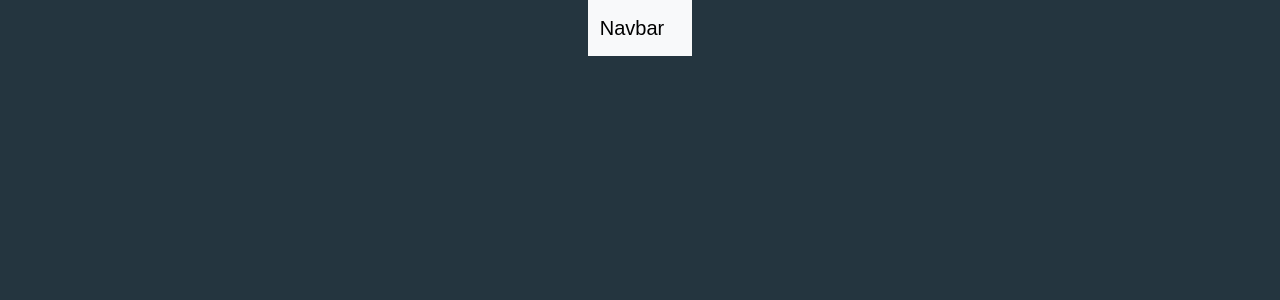
Repository: bodajava/TASK-4
Page: theerdIndex.html
An editor plug-in stored every save of this project. The page is shown before and after a run of saves, followed by the edit.
The browser window is 1280 px wide. The pictures show the whole page.

Above is the page before, as saved 2025-06-18 05:25:03.

### theerdIndex.html
<!DOCTYPE html>
<html lang="en">
  <head>
    <link rel="stylesheet" href="CSS/all.min.css" />
    <link rel="stylesheet" href="CSS/bootstrap.css" />
    <link rel="stylesheet" href="CSS/style.css" />
    <meta charset="UTF-8" />
    <meta name="viewport" content="width=device-width, initial-scale=1.0" />
    <title>Document</title>
  </head>
  <body>
    <nav class="navbar navbar-expand-lg bg-body-tertiary">
      <div class="container-fluid">
        <a class="navbar-brand" href="#">Navbar</a>



        </div>
      </div>
    </nav>
    <script src="js/bootstrap.bundle.min.js"></script>
    <script src="js/index.js"></script>
  </body>
</html>

### CSS/style.css
* {
  padding: 0;
  margin: 0;
  box-sizing: border-box;
}

body {
  background-color: #24353f;
  display: flex;
  justify-content: center;
  align-items: center;
  font-family: Arial, sans-serif;
}

#item {
  margin-top: 60px;
  margin-left: 390px;
  margin-right: 390px;
  padding-left: 15px;
  padding-right: 15px;
}

#item2 {
  box-shadow: 0 0 20px rgba(0, 0, 0, 0.2);
  margin-left: 138.75px;
  margin-right: 138.75px;
  padding-left: 60px;
  padding-right: 60px;
  padding-top: 60px;
  padding-bottom: 60px;
}

h1 {
  color: #189bb1;
}

.anchor {
  text-decoration: none;
}

.anchor:hover {
  text-decoration: underline;
}

.paragraph {
  font-size: 20px;
  line-height: 30px;
  font-weight: 400;
  color: white;
}

.paragraph a {
  font-size: 20px;
  line-height: 30px;
  font-weight: 400;
  color: white;
}

.form-control {
  background-color: #24353f;
  border: 1px solid white;
  color: #fff;
  border-radius: 5px;
}

.form-control::placeholder {
  color: #a0a0a0;
}

.form-control:focus {
  background-color: #24353f;
  color: #fff;
  border-color: #189bb1;
  outline: none;
  box-shadow: none;
}

.btnn {
  text-decoration: none;
  color: #189bb1;
}

.btnn:hover {
  color: white;
}

#box {
  box-shadow: 0 0 20px rgba(0, 0, 0, 0.2);
}

Loaded but not shown: CSS/all.min.css (library); CSS/bootstrap.css (library); js/bootstrap.bundle.min.js (library); js/index.js (no copy from this time; the picture is the same without it)

After the next 2 saves:
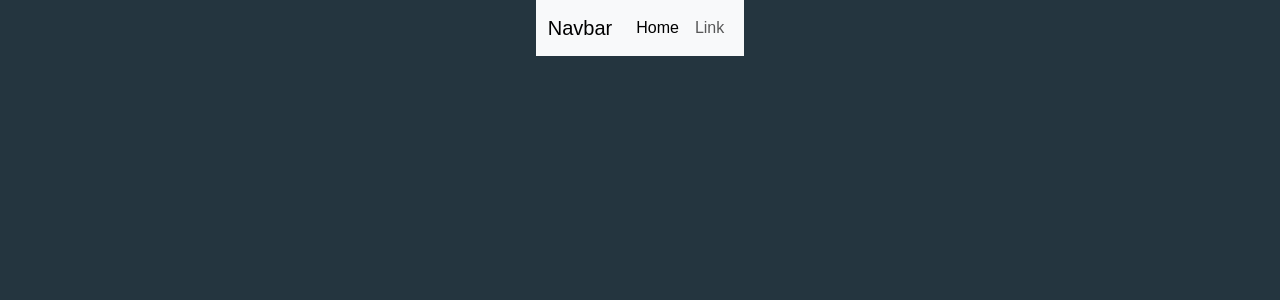
The 2 saves are shown as one change because they came seconds apart.
The last was saved 7 s later.
--- a/theerdIndex.html
+++ b/theerdIndex.html
@@ -12,6 +12,26 @@
     <nav class="navbar navbar-expand-lg bg-body-tertiary">
       <div class="container-fluid">
         <a class="navbar-brand" href="#">Navbar</a>
+        <button
+          class="navbar-toggler"
+          type="button"
+          data-bs-toggle="collapse"
+          data-bs-target="#navbarSupportedContent"
+          aria-controls="navbarSupportedContent"
+          aria-expanded="false"
+          aria-label="Toggle navigation"
+        >
+          <span class="navbar-toggler-icon"></span>
+        </button>
+        <div class="collapse navbar-collapse" id="navbarSupportedContent">
+          <ul class="navbar-nav me-auto mb-2 mb-lg-0">
+            <li class="nav-item">
+              <a class="nav-link active" aria-current="page" href="#">Home</a>
+            </li>
+            <li class="nav-item">
+              <a class="nav-link" href="#">Link</a>
+            </li>
+            <li class="nav-item dropdown">
 
 
 

After the save that followed:
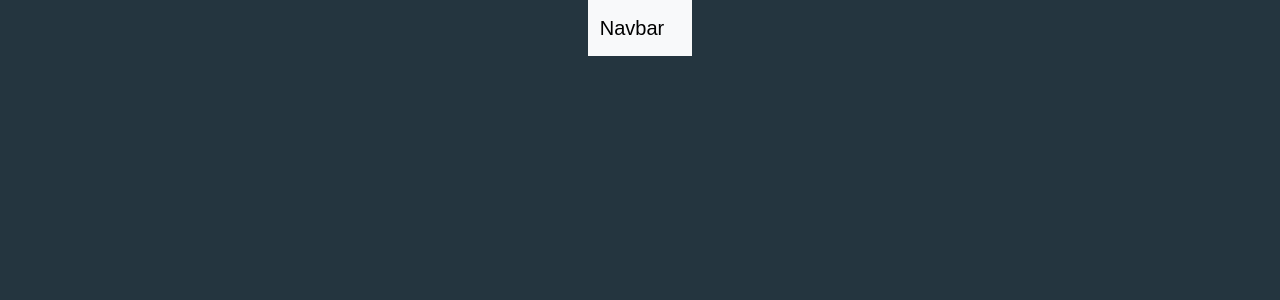
Saved 14 s later.
--- a/theerdIndex.html
+++ b/theerdIndex.html
@@ -25,13 +25,7 @@
         </button>
         <div class="collapse navbar-collapse" id="navbarSupportedContent">
           <ul class="navbar-nav me-auto mb-2 mb-lg-0">
-            <li class="nav-item">
-              <a class="nav-link active" aria-current="page" href="#">Home</a>
-            </li>
-            <li class="nav-item">
-              <a class="nav-link" href="#">Link</a>
-            </li>
-            <li class="nav-item dropdown">
+
 
 
 
